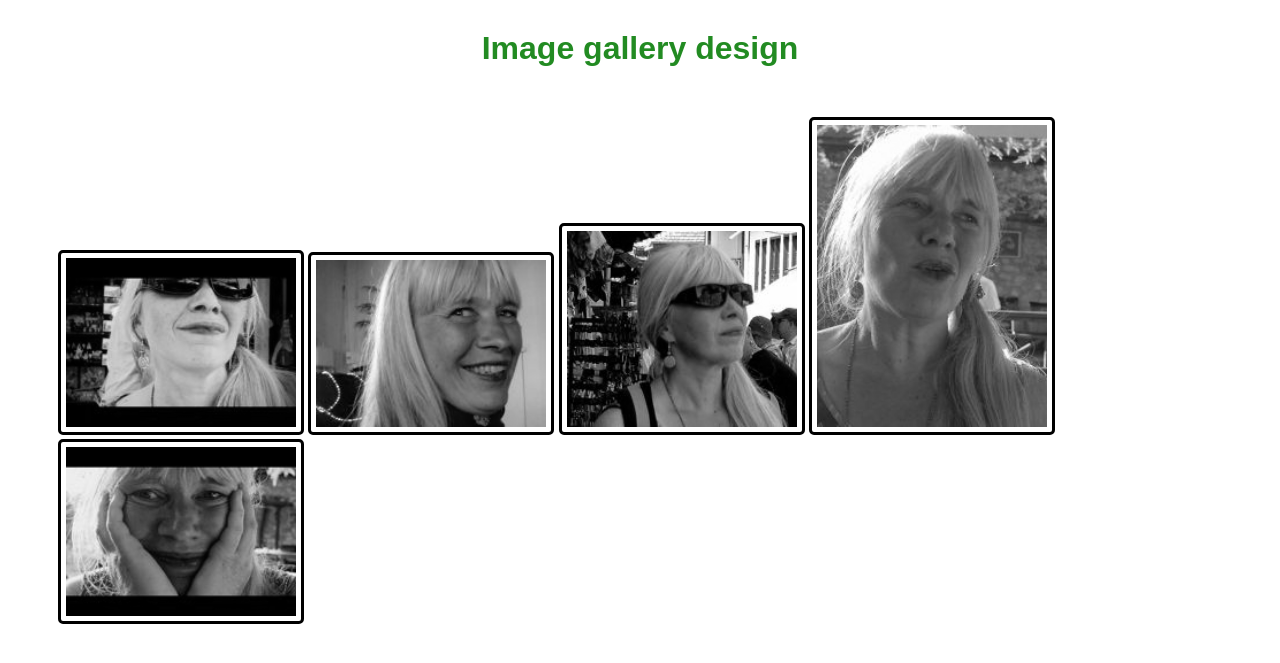
Repository: hindrik40/bildspel-lightbox
Page: index.html
An editor plug-in stored every save of this project. The page is shown before and after a run of saves, followed by the edit.
The browser window is 1280 px wide. The pictures show the whole page.

Above is the page before, as saved 2021-08-08 16:50:56.

### index.html
<!DOCTYPE html>
<html lang="en">
<head>
    <meta charset="UTF-8">
    <meta http-equiv="X-UA-Compatible" content="IE=edge">
    <meta name="viewport" content="width=device-width, initial-scale=1.0">
    <link rel="stylesheet" href="css/style.css">
    <title>slide lightbox</title>
</head>
<body>
    <h1>Image gallery design</h1>
    <div class="gallery">
        <img src="images/b7t.jpg">
        <img src="images/b5t.jpg">
        <img src="images/b6t.jpg">
        <img src="images/b9t.jpg">
        <img src="images/b8t.jpg">



    </div>

</body>
</html>

### css/style.css
body {
    font-family: sans-serif;
}

h1 {
    text-align: center;
    color: forestgreen;
    margin: 30px 0 50px;
}

.gallery {
    margin: 10px 50px;
}

.gallery img {
    width: 230px;
    padding: 5px;
    filter:grayscale(100%);
    transition: 1s;
    border-radius: 5px;;
}
.gallery img:hover {
    filter: grayscale(0%)}


img {
    border: 3px solid black;
}

After the next 2 saves:
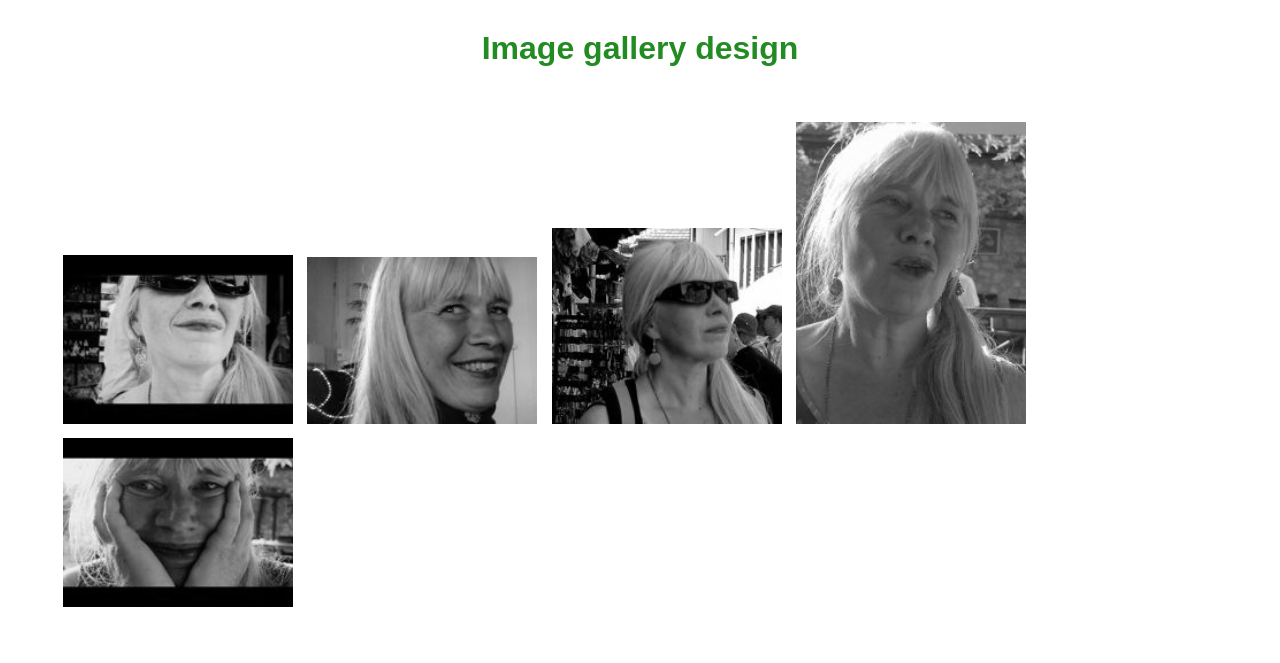
The 2 saves are shown as one change because they came seconds apart.
The last was saved 7 s later.
--- a/css/style.css
+++ b/css/style.css
@@ -21,7 +21,7 @@
 }
 .gallery img:hover {
     filter: grayscale(0%)}
-
+    transform:
 
 img {
     border: 3px solid black;

After the 6 saves that followed:
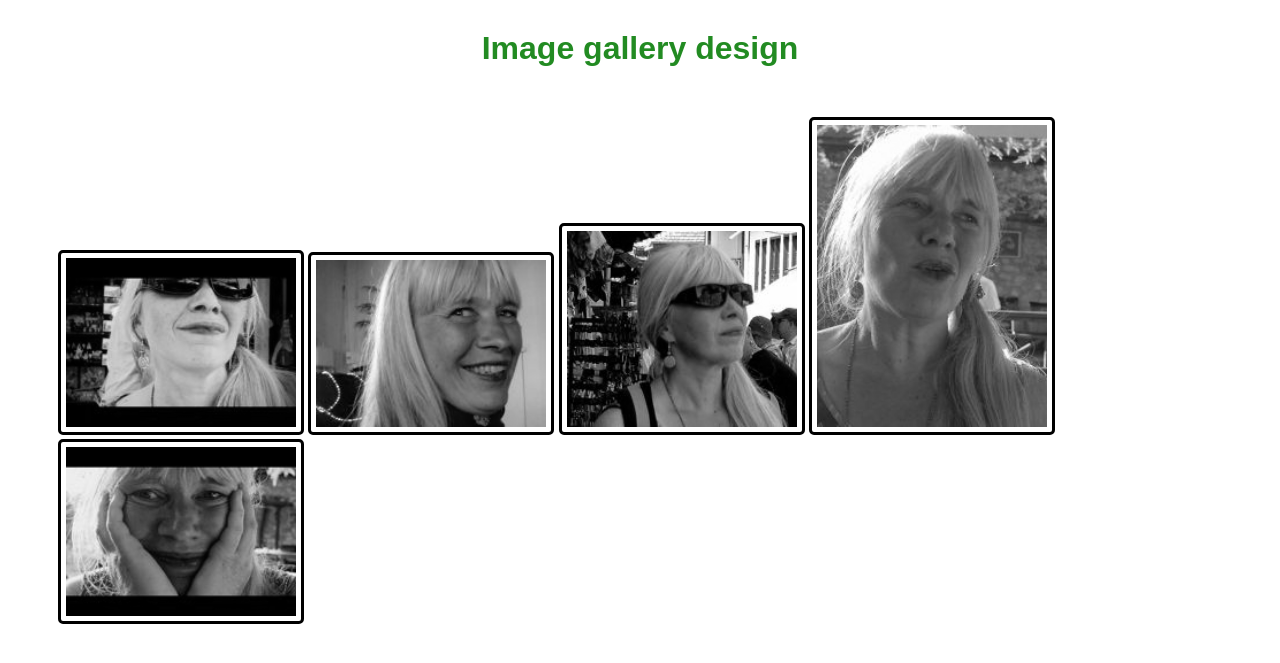
The 6 saves are shown as one change because 3 left the picture as it was and some came seconds apart.
The last was saved 75 s later.
--- a/css/style.css
+++ b/css/style.css
@@ -20,8 +20,9 @@
     border-radius: 5px;;
 }
 .gallery img:hover {
-    filter: grayscale(0%)}
-    transform:
+    filter: grayscale(0%)
+    transform: scale(1.1);}
+
 
 img {
     border: 3px solid black;
